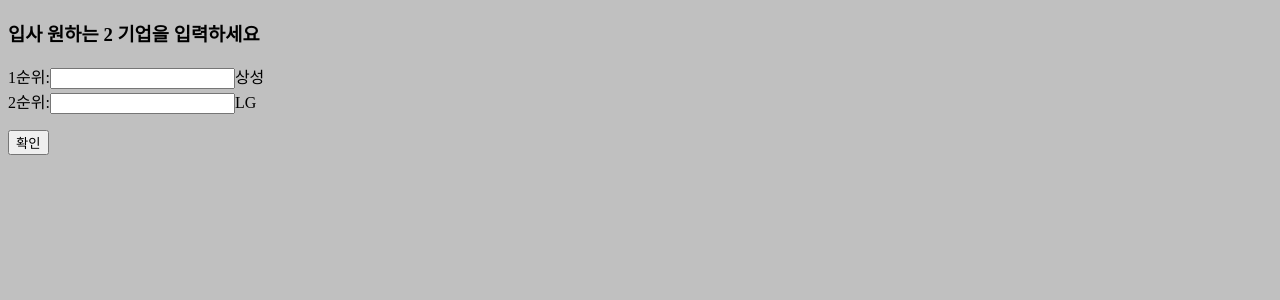
Repository: Hongjeongmin/university
Page: webprograming/test/test/WebContent/b.html
An editor plug-in stored every save of this project. The page is shown before and after the next save, followed by the edit.
The browser window is 1280 px wide. The pictures show the whole page.

Above is the page before, as saved 2018-09-13 05:50:36.

### webprograming/test/test/WebContent/b.html
<!DOCTYPE html>
<html>
<head>
<meta charset="UTF-8">
<title>대기업</title>
</head>
<body style="background-color:silver">
	<h3><b>입사 원하는 2 기업을 입력하세요</b></h3><p>

	1순위:<input type="text" name="one"/>상성<br>
	2순위:<input type="text" name="two"/>LG<p>
<input type="submit" value="확인"/>
</body>
</html>

After the next save:
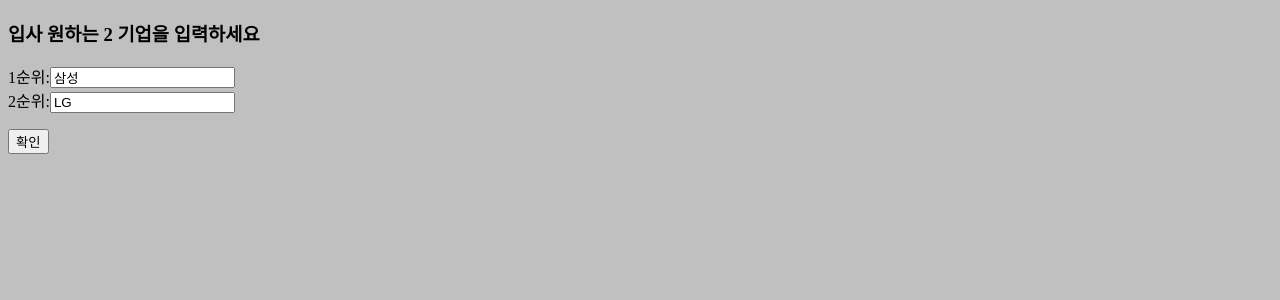
Saved 49 s later.
--- a/webprograming/test/test/WebContent/b.html
+++ b/webprograming/test/test/WebContent/b.html
@@ -7,8 +7,8 @@
 <body style="background-color:silver">
 	<h3><b>입사 원하는 2 기업을 입력하세요</b></h3><p>
 
-	1순위:<input type="text" name="one"/>상성<br>
-	2순위:<input type="text" name="two"/>LG<p>
+	1순위:<input type="text" name="one" value="삼성"/><br>
+	2순위:<input type="text" name="two" value="LG"/><p>
 <input type="submit" value="확인"/>
 </body>
 </html>
